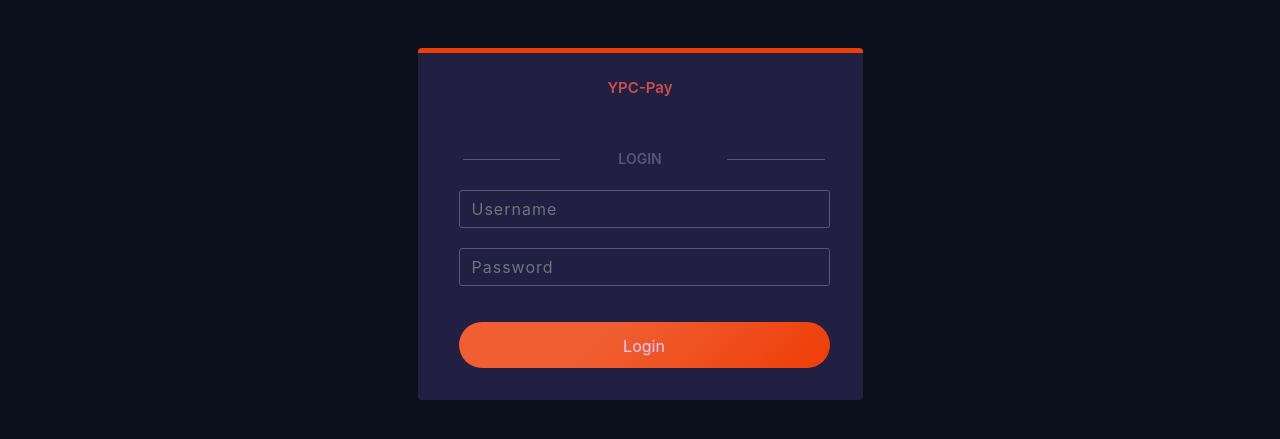
Repository: imamarin/ypcpay
Page: http://localhost/
These files come from the project's save history. The page is drawn as it stood at one moment and after the next save; the edit follows.
The browser window is 1280 px wide. The pictures show the whole page.
Some web libraries are served in a nearby version. The page is served by the project's Laravel application, run on PHP 8.4 with Laravel 8.

Above is the page before, as saved 2022-05-20 14:06:17.
Console error: TypeError: Cannot read properties of undefined (reading 'fn')

After the next save:
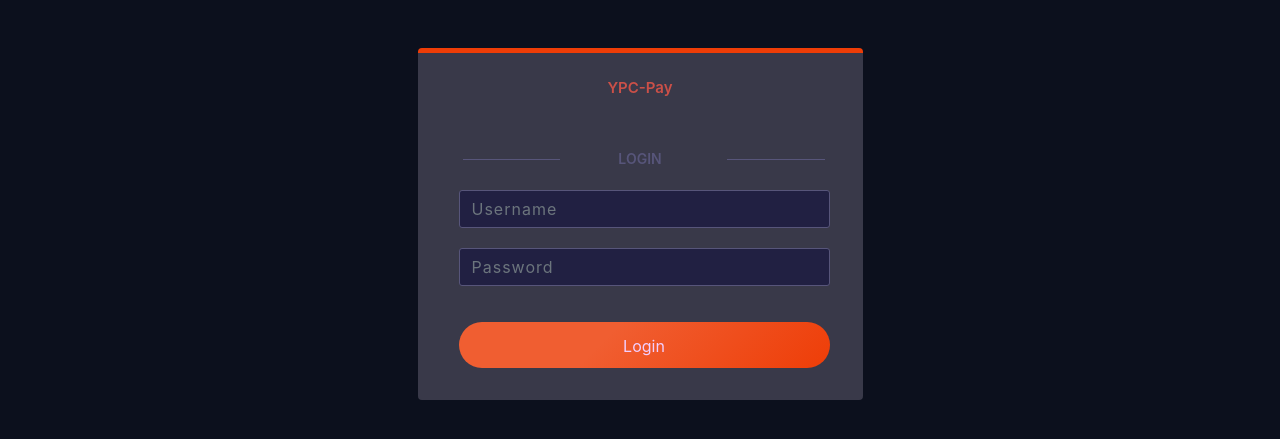
Saved 19 h 29 min later.
--- a/resources/views/login.blade.php
+++ b/resources/views/login.blade.php
@@ -19,7 +19,7 @@
             .card{
                 border: none;
                 border-top: 5px solid  rgb(238, 61, 7);
-                background: #212042;
+                background: #393949;
                 color: #57557A;
             }
             p{
